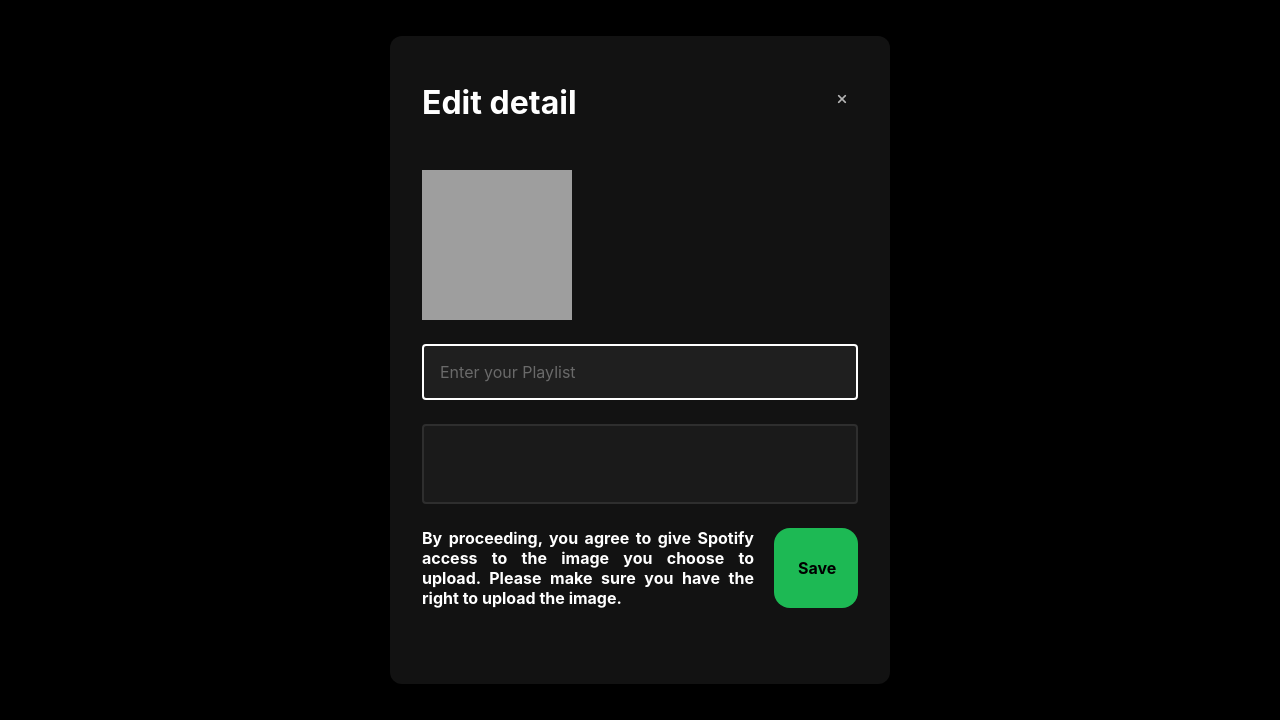
Repository: lannguyen1301/f8-zoom-module2
Page: nhap.html
An editor plug-in stored every save of this project. The page is shown before and after the next save, followed by the edit.
The browser window is 1280 px wide. The pictures show the whole page.
Pictures or frames that could not be fetched are drawn as grey boxes.

Above is the page before, as saved 2025-08-15 23:28:22.

### nhap.html
<!DOCTYPE html>
<html lang="en">

<head>
    <meta charset="UTF-8" />
    <meta name="viewport" content="width=device-width, initial-scale=1.0" />
    <title>Đen - Spotify</title>
    <!-- Font Awesome CDN -->
    <link rel="stylesheet" href="https://cdnjs.cloudflare.com/ajax/libs/font-awesome/6.5.1/css/all.min.css" />
    <link rel="stylesheet" href="css/reset.css" />
    <link rel="stylesheet" href="css/variables.css" />
    <link rel="stylesheet" href="css/components.css" />
    <link rel="stylesheet" href="css/layout.css" />
    <link rel="stylesheet" href="css/tooltips.css" />
    <link rel="stylesheet" href="css/responsive.css" />
    <style>
        .modal-container.modal-content-edit {

            max-width: 500px;
        }

        .header-edit {
            display: flex;
            align-items: center;
            justify-content: space-between;
            margin-bottom: 48px;
            position: relative;
        }

        .modal-heading.header-edit-title {
            margin-bottom: 0;
        }

        .modal-close.modal-close-edit {
            position: absolute;
            top: 0;
            right: 0;


        }

        .profile-group {
            display: block;
            width: 150px;
            height: 150px;
            border-radius: 50%;
        }

        .profile-group .profile-img {
            display: block;
            width: 100%;
            height: 100%;
            object-fit: cover;
        }

        .input-profile {
            display: none;
        }

        .form-group .editor {
            height: auto;
            min-height: 80px;
            width: 100%;
            padding: var(--spacing-md);
            border: 2px solid var(--border-color);
            border-radius: var(--radius-sm);
            background-color: var(--bg-tertiary);
            color: var(--text-primary);
            font-size: 16px;
        }

        .editor::placeholder {
            color: var(--text-muted);
        }


        /* footer group */
        .footer-group {
            display: flex;
            gap: 20px;
        }

        .footer-group-desc {
            font-size: 16px;
            font-weight: bold;
            text-align: justify;
        }

        .auth-submit-btn.auth-footer-group {
            max-width: 84px;
        }
    </style>
</head>

<body>
    <div class="modal-overlay show" id="authModal">
        <div class="modal-container modal-content-edit">


            <div class="modal-content">
                <!-- <div class="modal-logo">
                    <i class="fab fa-spotify"></i>
                </div> -->

                <!-- Sign Up Form -->
                <div class="auth-form" id="signupForm" style="display: block;">
                    <div class="header-edit">
                        <h1 class="modal-heading header-edit-title">
                            Edit detail
                        </h1>
                        <button class="modal-close modal-close-edit" id="modalClose">
                            <i class="fas fa-times"></i>
                        </button>
                    </div>
                    <form class="auth-form-content">
                        <!-- Avatar -->
                        <div class="form-group">
                            <label for="profile" class="profile-group">
                                <img src="./assets/img/avatar-icon.png" alt="" class="profile-img">
                            </label>
                            <input type="file" name="profile" id="profile" class="input-profile" multiple required
                                accept="image/*" autofocus readonly>
                        </div>

                        <!-- My Playlist -->
                        <div class="form-group">
                            <!-- <label for="name">Display Name</label> -->
                            <input type="text" name="name" id="name" class="form-input" maxlength="20" minlength="5"
                                pattern="[" size="30" placeholder="Enter your Playlist" autocomplete="on"
                                spellcheck="false" autofocus="">
                        </div>

                        <!-- textarea -->
                        <div class="form-group">
                            <label for="editor" onclick="editor.focus()" hidden>Nội dung</label>
                            <div id="editor" class="editor" contenteditable="" placeholder="Nhập nội dung..."
                                name="content" oninput="content.innerHTML = this.innerHTML"></div>
                            <textarea id="content" name="content" hidden=""></textarea>
                        </div>

                        <div class="footer-group">
                            <p class="footer-group-desc">By proceeding, you agree to give Spotify access to the image
                                you choose to upload. Please
                                make sure you have the right to upload the image.</p>
                            <button type="submit" class="auth-submit-btn auth-footer-group">
                                Save
                            </button>
                        </div>
                    </form>
                </div>

                <!-- Login Form -->
                <div class="auth-form" id="loginForm" style="display: none">
                    <h1 class="modal-heading">Log in to Spotify</h1>

                    <form class="auth-form-content">
                        <div class="form-group">
                            <input type="email" placeholder="Email address" class="form-input" id="loginEmail">
                            <div class="error-message">
                                <i class="fas fa-info-circle"></i>
                                <span>Please enter a valid email
                                    address</span>
                            </div>
                        </div>

                        <div class="form-group">
                            <input type="password" placeholder="Password" class="form-input" id="loginPassword">
                            <div class="error-message">
                                <i class="fas fa-info-circle"></i>
                                <span>Please enter your password</span>
                            </div>
                        </div>

                        <button type="submit" class="auth-submit-btn">
                            Log In
                        </button>
                    </form>

                    <div class="auth-switch">
                        <span>Don't have an account? </span>
                        <button class="auth-link" id="showSignup">
                            Sign up here
                        </button>
                    </div>
                </div>
            </div>
        </div>
    </div>
    <!-- <script src="main.js" type="module"></script> -->
    <!-- <script src="main.js" type="module"></script> -->
</body>

</html>

### css/reset.css
/* Reset CSS */
* {
    margin: 0;
    padding: 0;
    box-sizing: border-box;
}

html,
body {
    height: 100%;
    font-family: "Circular", -apple-system, BlinkMacSystemFont, "Segoe UI",
        Roboto, Oxygen, Ubuntu, Cantarell, sans-serif;
    background-color: var(--bg-primary);
    color: var(--text-primary);
    overflow: hidden;
}

button {
    border: none;
    background: none;
    cursor: pointer;
    font-family: inherit;
}

input {
    border: none;
    outline: none;
    font-family: inherit;
}

img {
    display: block;
    max-width: 100%;
    height: auto;
}

a {
    text-decoration: none;
    color: inherit;
}

ul,
ol {
    list-style: none;
}

/* Font Awesome icon base styles */
i {
    display: inline-block;
    font-style: normal;
}

### css/variables.css
/* CSS Variables */
:root {
    /* Colors */
    --bg-primary: #000000;
    --bg-secondary: #121212;
    --bg-tertiary: #1a1a1a;
    --bg-hover: #1f1f1f;
    --bg-active: #2a2a2a;

    --text-primary: #ffffff;
    --text-secondary: #b3b3b3;
    --text-muted: #6a6a6a;

    --accent-primary: #1db954;
    --accent-hover: #1ed760;
    --accent-active: #169c46;

    --border-color: #2e2e2e;
    --shadow: rgba(0, 0, 0, 0.5);

    /* Spacing */
    --spacing-xs: 4px;
    --spacing-sm: 8px;
    --spacing-md: 16px;
    --spacing-lg: 24px;
    --spacing-xl: 32px;
    --spacing-2xl: 48px;

    /* Border radius */
    --radius-sm: 4px;
    --radius-md: 8px;
    --radius-lg: 12px;
    --radius-xl: 16px;
    --radius-full: 50%;

    /* Transitions */
    --transition-fast: 0.15s ease;
    --transition-normal: 0.3s ease;
    --transition-slow: 0.5s ease;

    /* Z-index */
    --z-sidebar: 10;
    --z-header: 20;
    --z-player: 30;
    --z-modal: 40;
    --z-tooltip: 50;
}

### css/layout.css
/* Layout Styles */

.app-container {
    display: grid;
    grid-template-areas:
        "sidebar main"
        "player player";
    grid-template-columns: 280px 1fr;
    grid-template-rows: 1fr 72px;
    height: 100vh;
    gap: var(--spacing-sm);
    padding: var(--spacing-sm);
    background-color: var(--bg-primary);
}

/* Sidebar */
.sidebar {
    grid-area: sidebar;
    background-color: var(--bg-secondary);
    border-radius: var(--radius-md);
    padding: var(--spacing-lg);
    overflow-y: auto;
    z-index: var(--z-sidebar);
}

.sidebar-header {
    margin-bottom: var(--spacing-xl);
}

.logo i {
    font-size: 32px;
    color: var(--text-primary);
}

.sidebar-nav {
    display: flex;
    flex-direction: column;
    gap: var(--spacing-md);
}

.nav-section {
    display: flex;
    align-items: center;
    justify-content: space-between;
    margin-bottom: var(--spacing-md);
}

.nav-section .section-title {
    font-size: 16px;
    font-weight: 700;
    color: var(--text-secondary);
}

.nav-tabs {
    display: flex;
    gap: var(--spacing-sm);
    margin-bottom: var(--spacing-md);
}

.library-content {
    display: flex;
    flex-direction: column;
    gap: var(--spacing-xs);
}

/* Main Content */
.main-content {
    grid-area: main;
    background: linear-gradient(
        to bottom,
        #535353 0%,
        var(--bg-secondary) 250px
    );
    border-radius: var(--radius-md);
    display: flex;
    flex-direction: column;
    overflow: hidden;
}

.main-header {
    display: flex;
    align-items: center;
    justify-content: space-between;
    padding: var(--spacing-md) var(--spacing-lg);
    background-color: transparent;
    z-index: var(--z-header);
}

.search-container {
    flex: 1;
    display: flex;
    justify-content: flex-start;
    max-width: 420px;
}

.header-actions {
    display: flex;
    align-items: center;
    gap: var(--spacing-lg);
}

.auth-buttons {
    display: none;
    align-items: center;
    gap: var(--spacing-md);
}

.auth-buttons.show {
    display: flex;
}

.user-info {
    display: flex;
    align-items: center;
    /* justify-content: center; */
    gap: 8px;
}

.user-info.show {
    display: flex;
}

.content-wrapper {
    flex: 1;
    padding: 0 var(--spacing-lg) var(--spacing-lg);
    overflow-y: auto;
}

/* Player */
.player {
    grid-area: player;
    background-color: var(--bg-secondary);
    border-radius: var(--radius-md);
    padding: var(--spacing-md) var(--spacing-lg);
    display: flex;
    align-items: center;
    justify-content: space-between;
    z-index: var(--z-player);
    border-top: 1px solid var(--border-color);
}

.player-left {
    display: flex;
    align-items: center;
    gap: var(--spacing-md);
    min-width: 0;
    flex: 1;
    max-width: 300px;
}

.player-image {
    width: 56px;
    height: 56px;
    border-radius: var(--radius-sm);
    object-fit: cover;
}

.player-info {
    min-width: 0;
    flex: 1;
}

.player-title {
    font-size: 14px;
    font-weight: 400;
    color: var(--text-primary);
    white-space: nowrap;
    overflow: hidden;
    text-overflow: ellipsis;
    margin-bottom: 2px;
}

.player-artist {
    font-size: 11px;
    color: var(--text-secondary);
    white-space: nowrap;
    overflow: hidden;
    text-overflow: ellipsis;
}

.player-center {
    display: flex;
    flex-direction: column;
    align-items: center;
    gap: var(--spacing-sm);
    flex: 2;
    max-width: 722px;
}

.player-controls {
    display: flex;
    align-items: center;
    gap: var(--spacing-md);
}

.progress-container {
    display: flex;
    align-items: center;
    gap: var(--spacing-md);
    width: 100%;
}

.progress-bar {
    flex: 1;
}

.time {
    font-size: 11px;
    color: var(--text-secondary);
    min-width: 40px;
    text-align: center;
    font-weight: 400;
}

.player-right {
    display: flex;
    align-items: center;
    gap: var(--spacing-md);
    flex: 1;
    justify-content: flex-end;
    max-width: 300px;
}

.volume-container {
    display: flex;
    align-items: center;
    gap: var(--spacing-sm);
}

.volume-bar {
    width: 93px;
}

/* Scrollbar styling */
::-webkit-scrollbar {
    width: 12px;
}

::-webkit-scrollbar-track {
    background: transparent;
}

::-webkit-scrollbar-thumb {
    background: var(--bg-tertiary);
    border-radius: 6px;
    border: 2px solid transparent;
    background-clip: content-box;
}

::-webkit-scrollbar-thumb:hover {
    background: var(--bg-hover);
    background-clip: content-box;
}

### css/tooltips.css
.control-btn .tooltiptext {
    visibility: hidden;
    width: 120px;
    background-color: #555;
    color: #fff;
    text-align: center;
    border-radius: 6px;
    padding: 5px 0;
    position: absolute;
    z-index: 1;
    bottom: 125%;
    left: 50%;
    margin-left: -60px;
    opacity: 0;
    transition: opacity 0.3s;
}

.control-btn .tooltiptext::after {
    content: "";
    position: absolute;
    top: 100%;
    left: 50%;
    margin-left: -5px;
    border-width: 5px;
    border-style: solid;
    border-color: #555 transparent transparent transparent;
}

.control-btn:hover .tooltiptext {
    visibility: visible;
    opacity: 1;
}

### css/responsive.css
/* Responsive Styles */

/* Large Desktop */
@media (min-width: 1200px) {
    .artist-name {
        font-size: 96px;
    }

    .track-item {
        grid-template-columns: 16px 40px 4fr 1fr auto auto auto;
    }
}

/* Desktop */
@media (max-width: 1199px) and (min-width: 1024px) {
    .artist-name {
        font-size: 72px;
    }

    .track-item {
        grid-template-columns: 16px 40px 3fr 1fr auto auto auto;
    }
}

/* Tablet */
@media (max-width: 1023px) and (min-width: 768px) {
    .app-container {
        grid-template-columns: 240px 1fr;
    }

    .sidebar {
        padding: var(--spacing-md);
    }

    .artist-name {
        font-size: 48px;
    }

    .artist-hero {
        height: 280px;
    }

    .hero-content {
        bottom: var(--spacing-md);
        left: var(--spacing-md);
    }

    .track-item {
        grid-template-columns: 16px 40px 2fr auto auto auto;
        gap: var(--spacing-sm);
    }

    .track-plays {
        display: none;
    }

    .player-center {
        flex: 1.5;
    }

    .search-container {
        max-width: 300px;
    }
}

/* Mobile */
@media (max-width: 767px) {
    .app-container {
        grid-template-areas:
            "main"
            "player";
        grid-template-columns: 1fr;
        grid-template-rows: 1fr 72px;
        gap: 0;
        padding: 0;
    }

    .sidebar {
        display: none;
    }

    .main-content {
        border-radius: 0;
    }

    .main-header {
        padding: var(--spacing-md);
        flex-wrap: wrap;
        gap: var(--spacing-md);
    }

    .header-left {
        order: 1;
        flex: 0 0 auto;
    }

    .search-container {
        order: 3;
        flex: 1 1 100%;
        max-width: none;
    }

    .search-box {
        width: 100%;
    }

    .search-input {
        min-width: auto;
    }

    .artist-hero {
        height: 200px;
        margin: 0 -16px var(--spacing-md) -16px;
    }

    .hero-content {
        bottom: var(--spacing-sm);
        left: var(--spacing-sm);
    }

    .artist-name {
        font-size: 32px;
    }

    .monthly-listeners {
        font-size: 14px;
    }

    .content-wrapper {
        padding: 0 var(--spacing-md) var(--spacing-md);
    }

    .artist-controls {
        gap: var(--spacing-md);
        margin-bottom: var(--spacing-lg);
    }

    .play-btn-large {
        width: 48px;
        height: 48px;
    }

    .play-btn-large i {
        font-size: 20px;
    }

    .player-left {
        display: none;
    }

    .track-item {
        grid-template-columns: 16px 40px 1fr auto auto;
        gap: var(--spacing-sm);
        padding: var(--spacing-sm);
    }

    .track-plays {
        display: none;
    }

    .track-menu-btn {
        display: none;
    }

    .section-title {
        font-size: 20px;
    }

    .player {
        border-radius: 0;
        padding: var(--spacing-md);
        border-top: 1px solid var(--border-color);
    }

    .player-left {
        flex: 0 0 auto;
        min-width: 120px;
        max-width: 150px;
    }

    .player-image {
        width: 48px;
        height: 48px;
    }

    .player-info {
        max-width: 100px;
    }

    .player-title {
        font-size: 12px;
    }

    .player-artist {
        font-size: 10px;
    }

    .player-center {
        flex: 1;
        max-width: none;
    }

    .player-controls {
        gap: var(--spacing-sm);
    }

    .control-btn {
        width: 28px;
        height: 28px;
    }

    .control-btn i {
        font-size: 14px;
    }

    .play-btn {
        width: 32px;
        height: 32px;
    }

    .play-btn i {
        font-size: 14px;
    }

    .player-right {
        flex: 0 0 auto;
        gap: var(--spacing-sm);
        max-width: 120px;
    }

    .volume-container {
        display: none;
    }

    .progress-container {
        gap: var(--spacing-sm);
    }

    .time {
        font-size: 10px;
        min-width: 32px;
    }

    .pip-btn {
        display: none;
    }
}

/* Small Mobile */
@media (max-width: 480px) {
    .artist-name {
        font-size: 28px;
    }

    .verified-badge {
        font-size: 12px;
    }

    .verified-badge i {
        font-size: 14px;
    }

    .track-item {
        grid-template-columns: 16px 32px 1fr auto;
        gap: var(--spacing-xs);
    }

    .track-image img {
        width: 32px;
        height: 32px;
    }

    .track-name {
        font-size: 14px;
    }

    .track-duration {
        font-size: 12px;
    }

    .like-btn {
        display: none;
    }

    .player-left {
        min-width: 100px;
        max-width: 120px;
    }

    .player-info {
        max-width: 80px;
    }

    .player-right .control-btn:not(:nth-child(2)) {
        display: none;
    }

    .following-btn {
        font-size: 12px;
        padding: var(--spacing-xs) var(--spacing-sm);
    }
}

/* Hover states for touch devices */
@media (hover: none) {
    .like-btn,
    .track-menu-btn {
        opacity: 1;
    }

    .progress-handle,
    .volume-handle {
        opacity: 1;
    }
}

/* High DPI displays */
@media (-webkit-min-device-pixel-ratio: 2), (min-resolution: 192dpi) {
    .hero-image {
        image-rendering: -webkit-optimize-contrast;
        image-rendering: crisp-edges;
    }
}

/* Reduced motion */
@media (prefers-reduced-motion: reduce) {
    * {
        animation-duration: 0.01ms !important;
        animation-iteration-count: 1 !important;
        transition-duration: 0.01ms !important;
    }
}

/* Print styles */
@media print {
    .app-container {
        display: block;
    }

    .sidebar,
    .player {
        display: none;
    }

    .main-content {
        border-radius: 0;
        background: white;
        color: black;
    }

    .hero-overlay {
        display: none;
    }
}

Loaded but not shown: css/components.css (1104 lines, source omitted)

After the next save:
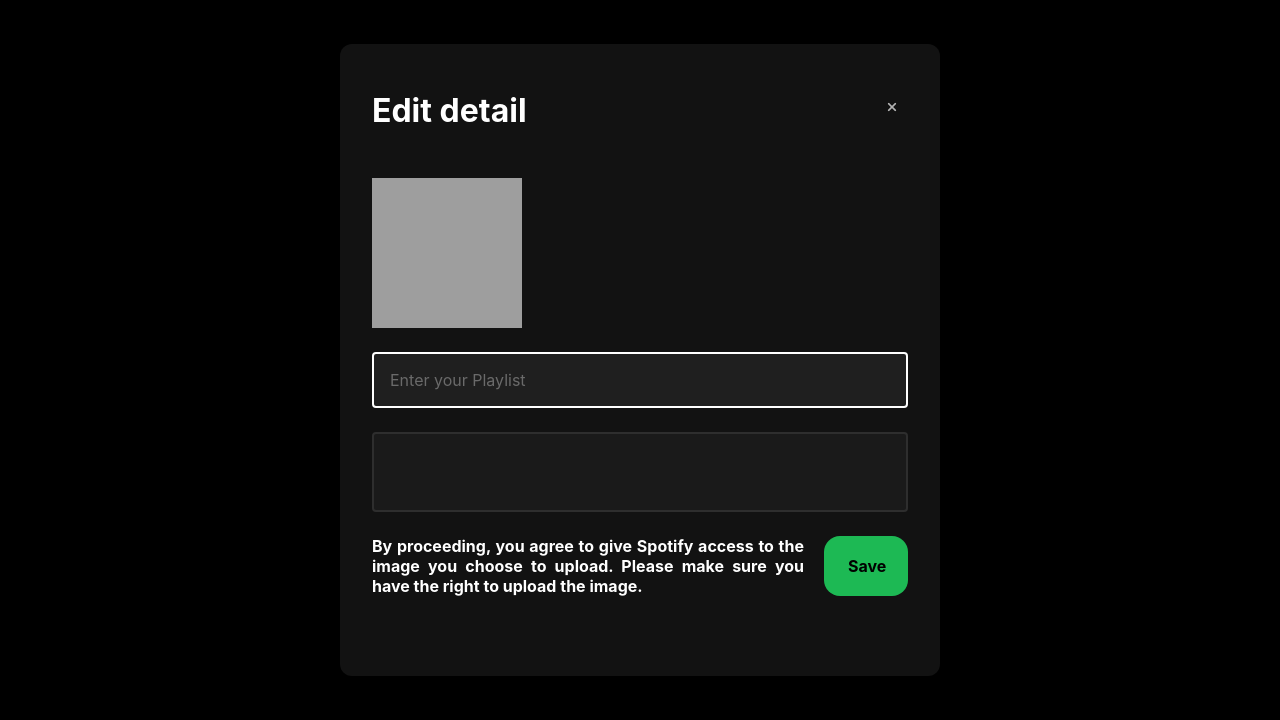
Saved 64 s later.
--- a/nhap.html
+++ b/nhap.html
@@ -15,8 +15,7 @@
     <link rel="stylesheet" href="css/responsive.css" />
     <style>
         .modal-container.modal-content-edit {
-
-            max-width: 500px;
+            max-width: 600px;
         }
 
         .header-edit {
